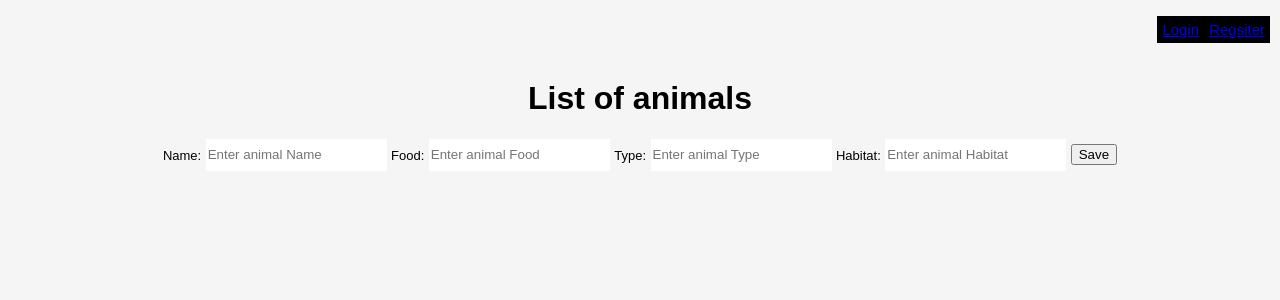
Repository: Dennis-star1001/PHP-CRUD
Page: http://localhost/
The author's editor kept a copy of each file at every save. The page is drawn from the files as they stood at one save, then again after the next save.
The browser window is 1280 px wide. The pictures show the whole page.
The page is run by PHP 8.4 with error messages shown; the project is at /var/www/html/.

Above is the page before, as saved 2022-07-05 22:53:56.

After the next save:
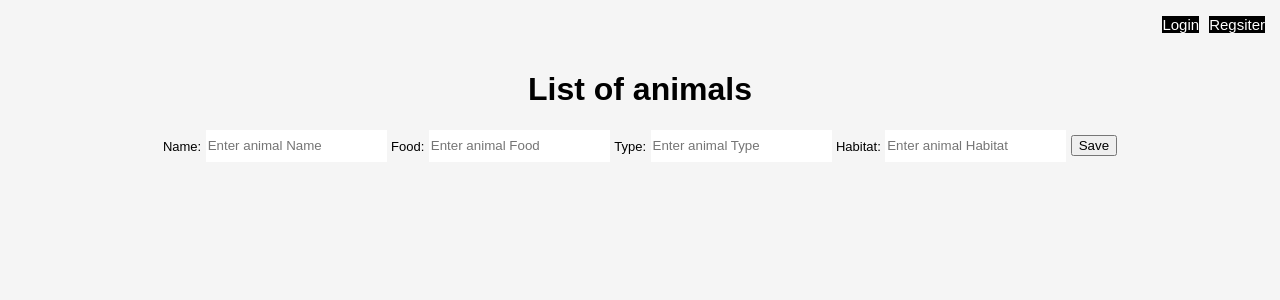
Saved 15 s later.
--- a/style.css
+++ b/style.css
@@ -82,8 +82,8 @@ p{
 
 }
 
-.nav-links li {
-    padding: 5px;
+.nav-links li a{
+    margin: 5px;
     font-size: 15px;
     text-decoration: none;
     color: white;
